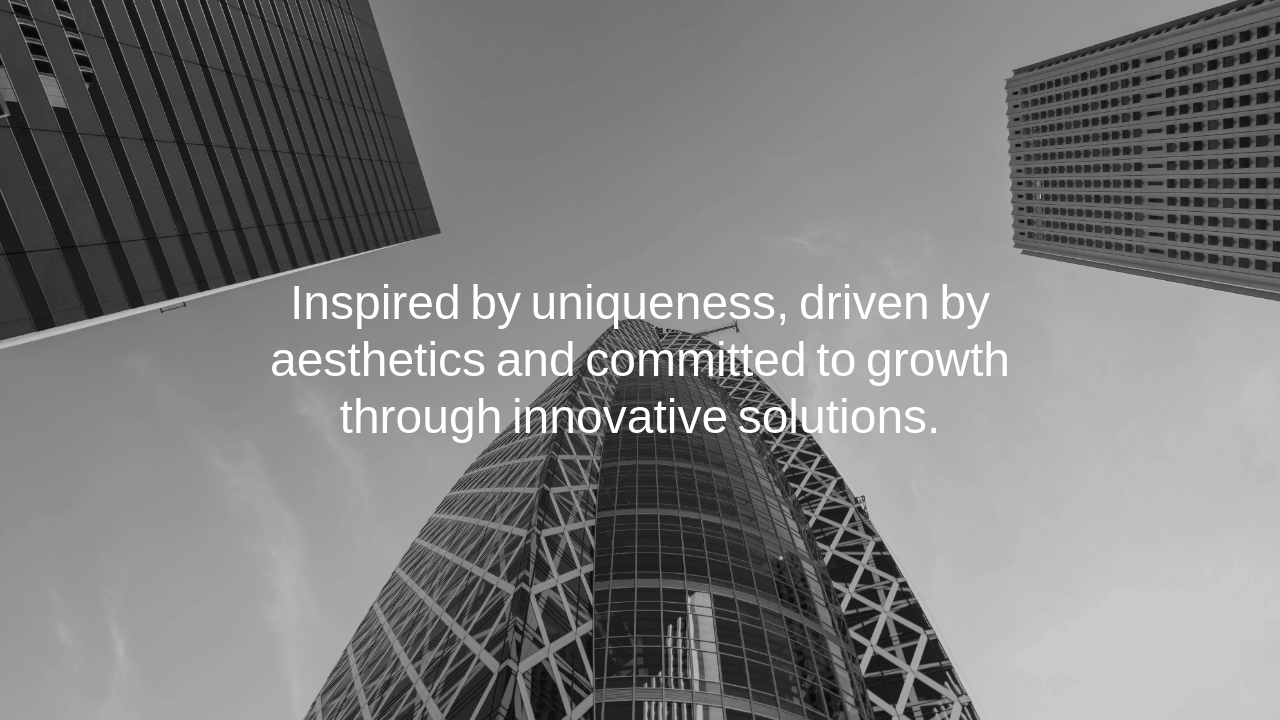
Repository: leswisss/comingsoon
Page: /
An editor plug-in stored every save of this project. The page is shown before and after a run of saves, followed by the edit.
The browser window is 1280 px wide. The pictures show the whole page.
Some web fonts or font styles are not loaded; a fallback is used. The project was rebuilt for these pictures with package versions that can differ from the ones it lists, and the page was loaded fresh each time. The framework's server and built-in components were replaced by stand-ins that run in the browser. Also part of the build but not shown: next.config.mjs, styles/marquee.module.scss.

Above is the page before, as saved 2024-06-16 15:16:40.

After the next 6 saves:
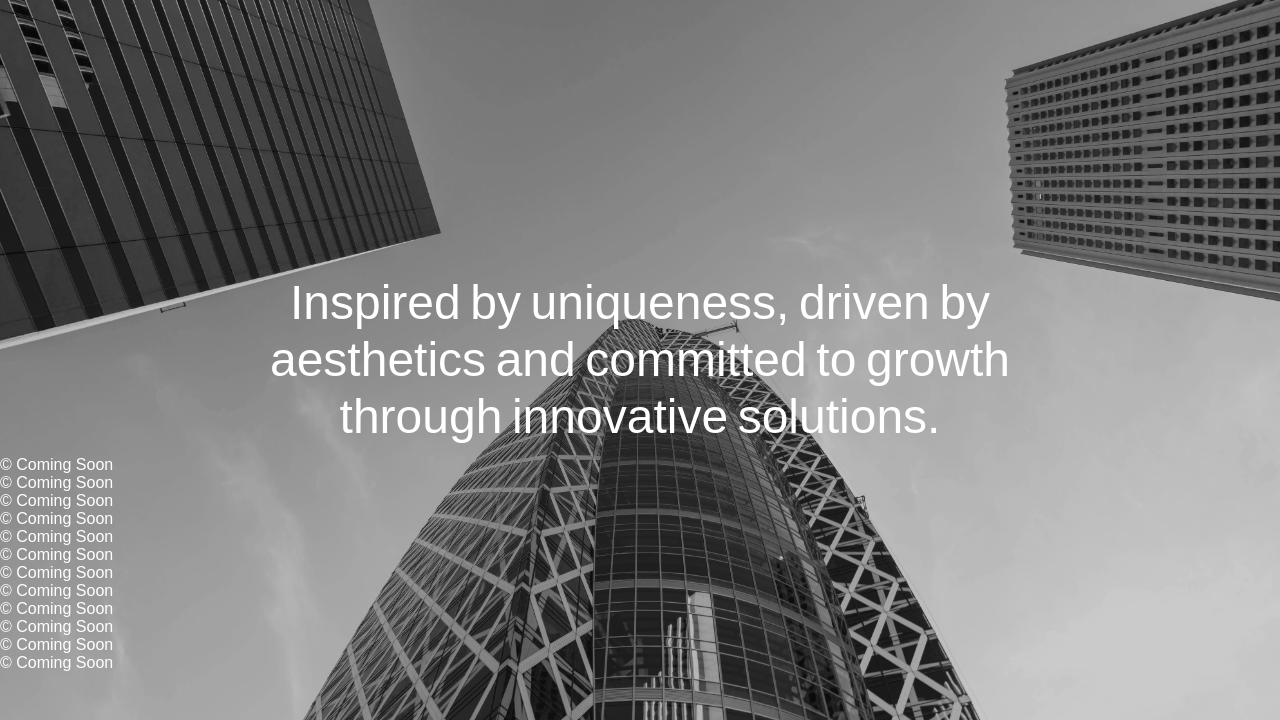
The 6 saves are shown as one change because they came seconds apart.
The last was saved 18 s later.
--- a/styles/hero.module.scss
+++ b/styles/hero.module.scss
@@ -52,5 +52,7 @@
 
 .marquee{
   position: absolute;
-  width: 100%
+  width: 100%;
+  height: max-content;
+  bottom: 3rem;
 }
